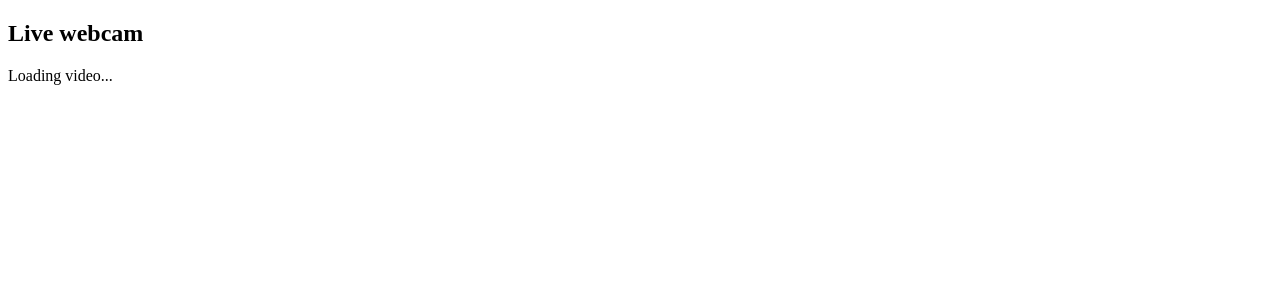
Repository: AzenKain/Traffic-Red-Light-Running-Violation-Detection
Page: / (app in client-web/client-web/)
These files come from the project's save history. The page is drawn as it stood at one moment and after the next save; the edit follows.
The browser window is 1280 px wide. The pictures show the whole page.
The page's requests for data from a server got no answer. The project was rebuilt for these pictures with package versions that can differ from the ones it lists, and the page was loaded fresh each time. The framework's server and built-in components were replaced by stand-ins that run in the browser. No one was signed in, and anything a server would have sent is missing.

Above is the page before, as saved 2025-03-22 22:09:06.

After the next save:
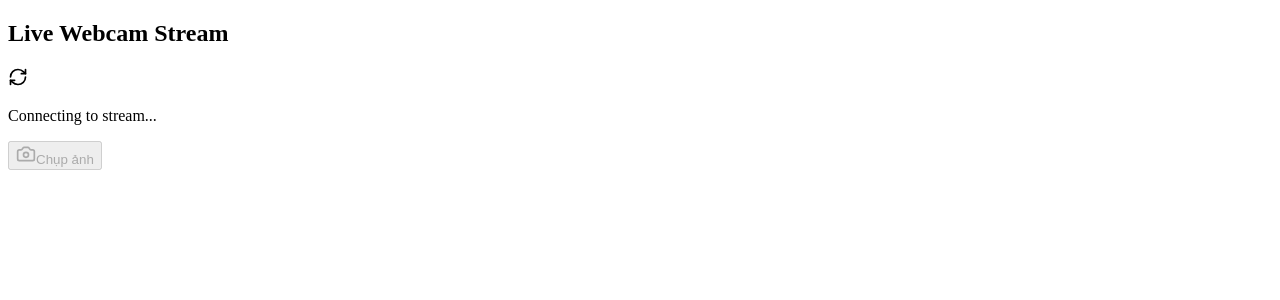
Saved 35 s later.
--- a/client-web/client-web/src/components/videostream/index.tsx
+++ b/client-web/client-web/src/components/videostream/index.tsx
@@ -1,8 +1,13 @@
 "use client";
 import { useEffect, useState } from "react";
+import { Camera, Download, RefreshCw, Check } from "lucide-react";
 
 export default function VideoStream() {
   const [imageSrc, setImageSrc] = useState<string | null>(null);
+  const [capturedImage, setCapturedImage] = useState<string | null>(null);
+  const [isCapturing, setIsCapturing] = useState(false);
+  const [isSending, setIsSending] = useState(false);
+  const [sendSuccess, setSendSuccess] = useState(false);
 
   useEffect(() => {
     const ws = new WebSocket("ws://localhost:8000/ws");
@@ -20,13 +25,134 @@ export default function VideoStream() {
     };
   }, []);
 
+  const captureImage = () => {
+    if (imageSrc) {
+      setCapturedImage(imageSrc);
+      setIsCapturing(true);
+    }
+  };
+
+  const sendImageToAPI = async () => {
+    if (!capturedImage) return;
+
+    try {
+      setIsSending(true);
+      // Xử lý base64 string để gửi đi
+      const base64Data = capturedImage.split(',')[1];
+
+      const response = await fetch('https://your-api-endpoint.com/images', {
+        method: 'POST',
+        headers: {
+          'Content-Type': 'application/json',
+        },
+        body: JSON.stringify({ image: base64Data }),
+      });
+
+      if (response.ok) {
+        setSendSuccess(true);
+        setTimeout(() => setSendSuccess(false), 3000);
+      } else {
+        console.error('Failed to send image to API');
+      }
+    } catch (error) {
+      console.error('Error sending image:', error);
+    } finally {
+      setIsSending(false);
+      setIsCapturing(false);
+    }
+  };
+
+  const cancelCapture = () => {
+    setIsCapturing(false);
+    setCapturedImage(null);
+  };
+
+  const downloadImage = () => {
+    if (!capturedImage) return;
+
+    const link = document.createElement('a');
+    link.href = capturedImage;
+    link.download = `captured-image-${new Date().getTime()}.jpg`;
+    document.body.appendChild(link);
+    link.click();
+    document.body.removeChild(link);
+  };
+
   return (
-    <div className="flex flex-col items-center">
-      <h2 className="text-xl font-bold mb-4">Live webcam</h2>
-      {imageSrc ? (
-        <img src={imageSrc} alt="Live Stream" className="rounded-lg shadow-lg" />
-      ) : (
-        <p>Loading video...</p>
+    <div className="flex flex-col items-center max-w-3xl mx-auto p-6 bg-gray-50 rounded-xl shadow-md">
+      <h2 className="text-2xl font-bold mb-6 text-gray-800">Live Webcam Stream</h2>
+
+      <div className="relative w-full rounded-lg overflow-hidden bg-black">
+        {imageSrc ? (
+          <img
+            src={isCapturing ? capturedImage : imageSrc}
+            alt="Live Stream"
+            className="w-full h-auto object-contain"
+          />
+        ) : (
+          <div className="flex items-center justify-center h-64 bg-gray-800 text-white">
+            <RefreshCw className="animate-spin mr-2" size={20} />
+            <p>Connecting to stream...</p>
+          </div>
+        )}
+
+        {isCapturing && (
+          <div className="absolute inset-0 flex items-center justify-center bg-black bg-opacity-50">
+            <div className="bg-white p-4 rounded-lg shadow-lg">
+              <p className="text-gray-800 mb-4 font-medium">Bạn muốn làm gì với ảnh đã chụp?</p>
+              <div className="flex gap-2">
+                <button
+                  onClick={sendImageToAPI}
+                  disabled={isSending}
+                  className="flex items-center px-3 py-2 bg-blue-600 text-white rounded hover:bg-blue-700 disabled:opacity-50"
+                >
+                  {isSending ? (
+                    <>
+                      <RefreshCw className="animate-spin mr-2" size={16} />
+                      Đang gửi...
+                    </>
+                  ) : (
+                    <>
+                      <Camera className="mr-2" size={16} />
+                      Gửi ảnh
+                    </>
+                  )}
+                </button>
+                <button
+                  onClick={downloadImage}
+                  className="flex items-center px-3 py-2 bg-green-600 text-white rounded hover:bg-green-700"
+                >
+                  <Download className="mr-2" size={16} />
+                  Tải xuống
+                </button>
+                <button
+                  onClick={cancelCapture}
+                  className="flex items-center px-3 py-2 bg-gray-600 text-white rounded hover:bg-gray-700"
+                >
+                  Hủy
+                </button>
+              </div>
+            </div>
+          </div>
+        )}
+      </div>
+
+      <div className="flex mt-6 gap-4">
+        <button
+          onClick={captureImage}
+          disabled={!imageSrc || isCapturing}
+          className="flex items-center px-4 py-2 bg-blue-600 text-white rounded-lg shadow hover:bg-blue-700 transition-colors disabled:opacity-50 disabled:cursor-not-allowed"
+        >
+          <Camera className="mr-2" size={20} />
+          Chụp ảnh
+        </button>
+      </div>
+
+      {sendSuccess && (
+        <div className="mt-4 flex items-center p-2 bg-green-100 text-green-800 rounded">
+          <Check size={16} className="mr-2" />
+          Ảnh đã được gửi thành công!
+        </div>
       )}
     </div>
   );
